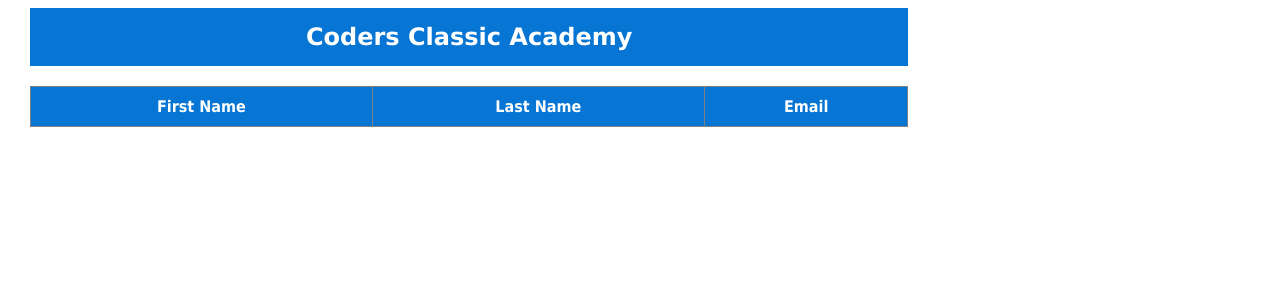
Repository: mangeshgayakwad2020/jsp_servlet
Page: http://localhost/StudentCrudDemo/StudentControllerServlet
These files come from the project's save history. The page is drawn as it stood at one moment and after the next save; the edit follows.
The browser window is 1280 px wide. The pictures show the whole page.
The page is served by Tomcat 9. Queries for data that is not in the repository find no rows.

Above is the page before, as saved 2019-08-22 13:41:55.

After the next save:
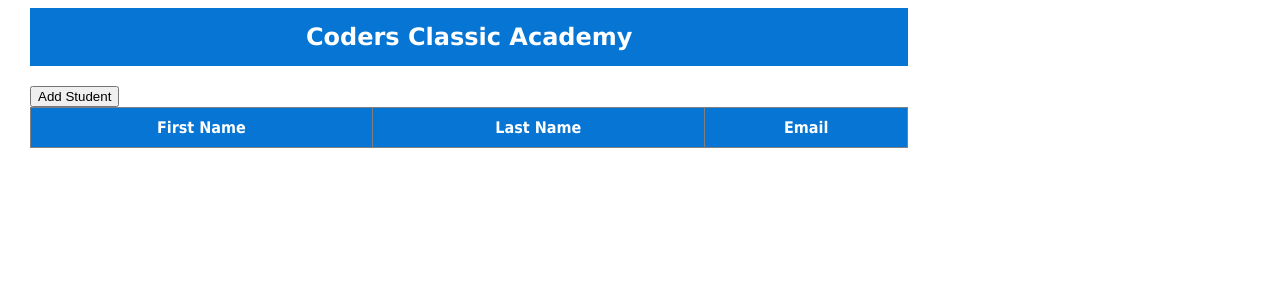
Saved 15 min 17 s later.
--- a/StudentCrudDemo/WebContent/list-students.jsp
+++ b/StudentCrudDemo/WebContent/list-students.jsp
@@ -19,6 +19,10 @@
 
 	<div id="container">
 		<div id="content">
+
+			<!-- add new button : Add Student -->
+			<input type="button" value="Add Student" onClick="window.location.href='add-student-form.jsp'; return false;" />
+
 			<table border="1">
 				<tr>
 					<th>First Name</th>
